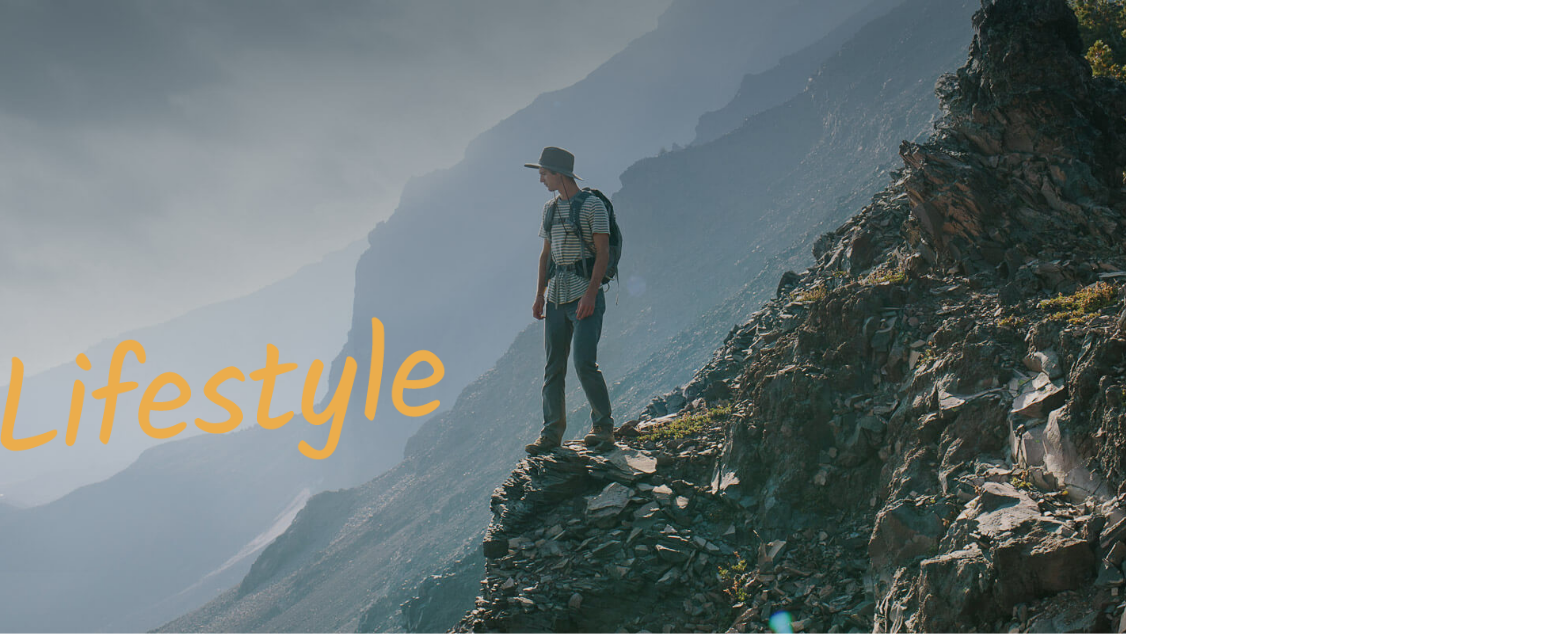
Repository: MalgorzataMazur/BeLife
Page: index.html
The author's editor kept a copy of each file at every save. The page is drawn from the files as they stood at one save, then again after the next save.
The browser window is 1280 px wide. The page is 1280 px wide, then 1780 px, so the pictures cover 1780 px, including what lies to the right of the window. The pictures show the whole page, at 88% of full size.

Above is the page before, as saved 2019-10-29 19:15:25.

After the next save:
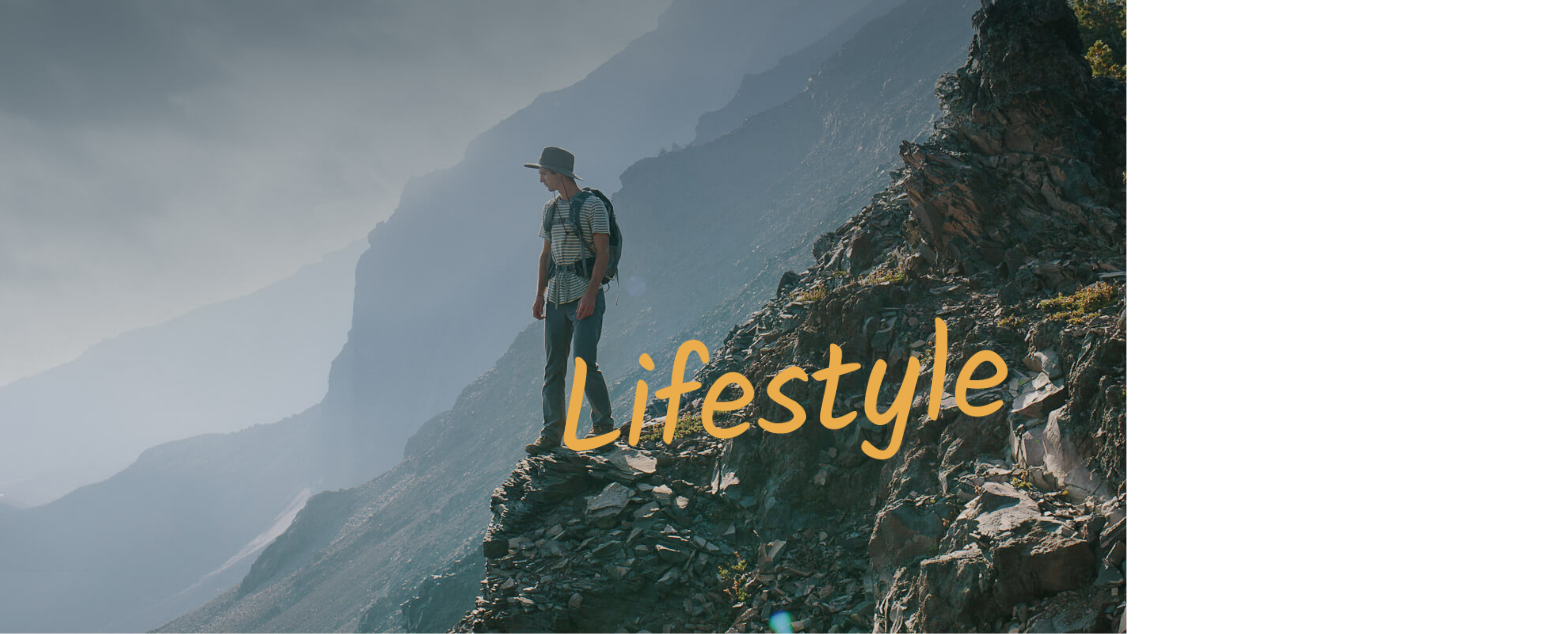
Saved 52 s later.
--- a/resources/css/style.css
+++ b/resources/css/style.css
@@ -26,7 +26,7 @@ header {
     position: absolute;
     width: 1140px;
     top: 50%;
-    left: auto;
+    left: 50%;
 }
 
 h1 {
